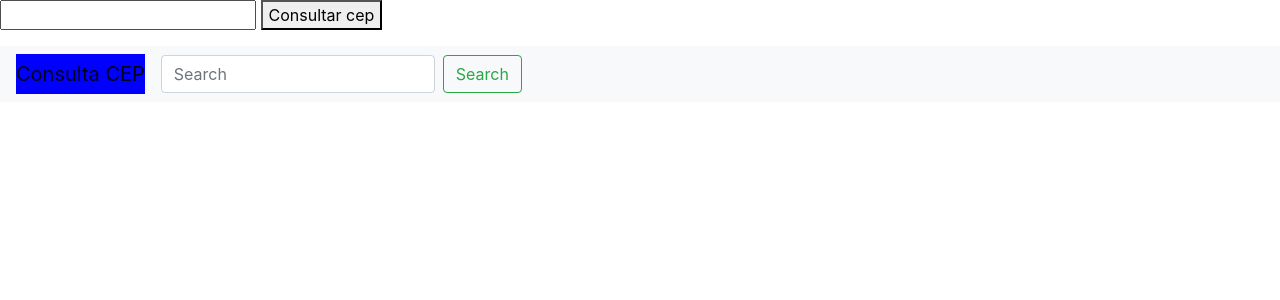
Repository: DaniloBaracho/jquery
Page: index.html
These files come from the project's save history. The page is drawn as it stood at one moment and after the next save; the edit follows.
The browser window is 1280 px wide. The pictures show the whole page.

Above is the page before, as saved 2020-06-19 18:04:39.
Console error: SyntaxError: Unexpected token '.'

After the next save:
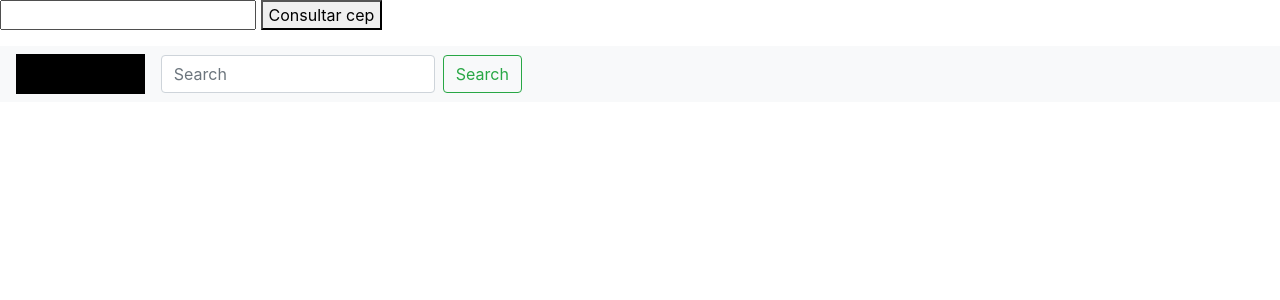
Saved 54 s later.
--- a/js/mystyle.css
+++ b/js/mystyle.css
@@ -1,4 +1,4 @@
 .text-custom{
     color:red;
-    background-color: blue;
+    background-color:black;
 }
